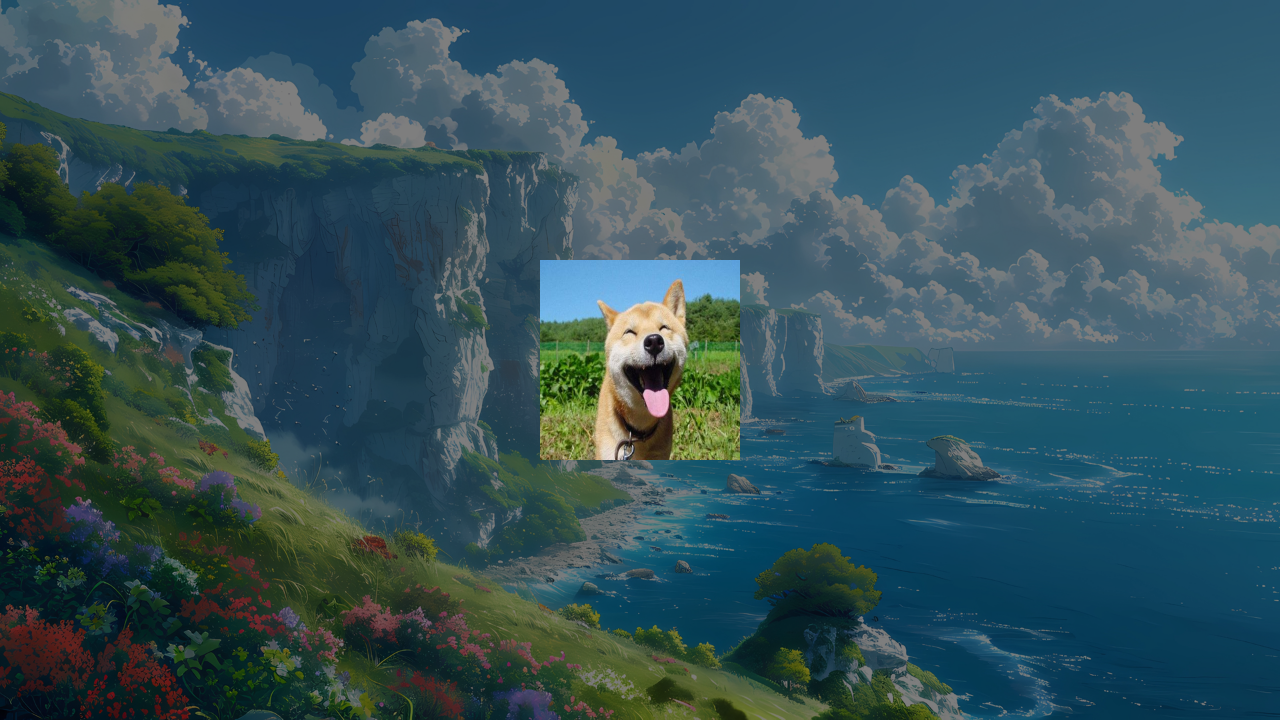
Repository: taoxiaofeng/hello-javascript
Page: master-class/position.html
These files come from the project's save history. The page is drawn as it stood at one moment and after the next save; the edit follows.
The browser window is 1280 px wide. The pictures show the window.
A layer covers the whole window, so only the first screen is drawn.

Above is the page before, as saved 2024-07-29 21:23:17.

After the next save:
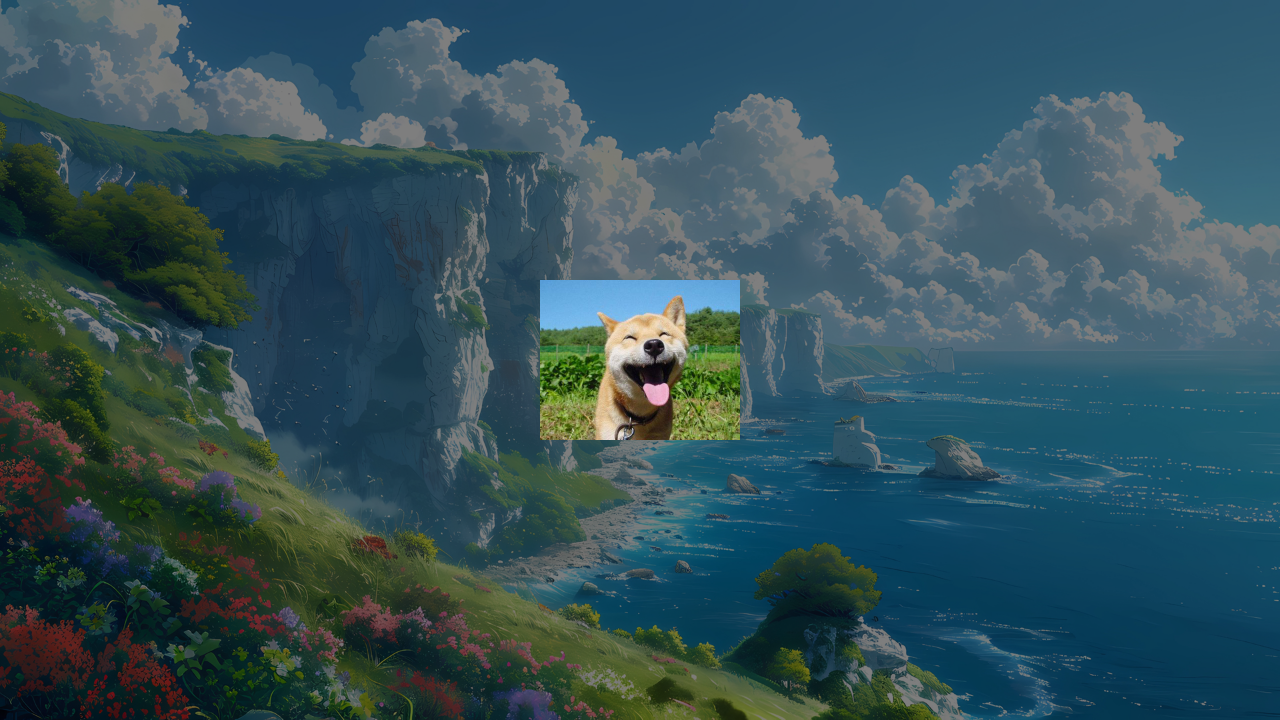
Saved 10 s later.
--- a/master-class/position.html
+++ b/master-class/position.html
@@ -29,7 +29,7 @@
 
     .dog {
       width: 200px;
-      height: 200px;
+      height: auto;
       position: absolute;
       left: 50%;
       top: 50%;
